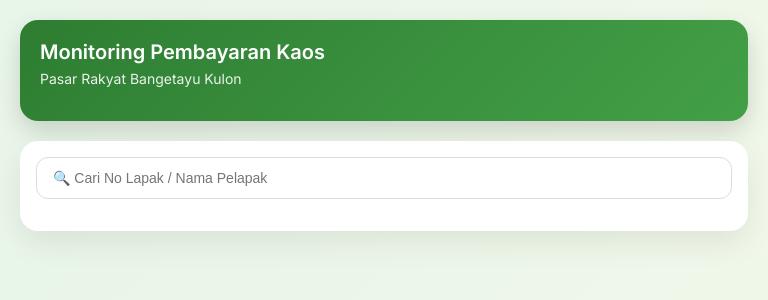
Repository: pasarrakyatbak/monitoringpembayarankaos
Page: index.html
These files come from the project's save history. The page is drawn as it stood at one moment and after a run of saves; the edit follows.
The browser window is 768 px wide. The pictures show the whole page.
The page's requests for data from a server got no answer.

Above is the page before, as saved 2026-01-04 13:48:38.

After the next 2 saves:
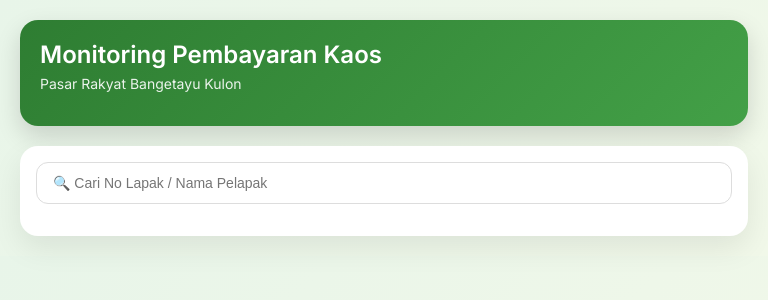
The 2 saves are shown as one change because they came seconds apart.
The last was saved 85 s later.
--- a/style.css
+++ b/style.css
@@ -171,15 +171,69 @@ tbody tr:hover {
 
 /* RESPONSIVE */
 @media (max-width: 768px) {
+
   .desktop-view {
     display: none;
   }
 
   .mobile-view {
     display: grid;
-  }
-
-  .header h1 {
-    font-size: 20px;
-  }
-}
+    grid-template-columns: 1fr;
+    gap: 16px;
+  }
+
+  .pelapak-card {
+    background: #ffffff;
+    border-radius: 16px;
+    padding: 14px;
+    box-shadow: 0 8px 20px rgba(0, 0, 0, 0.08);
+    border-left: 6px solid #2e7d32;
+  }
+
+  .pelapak-header {
+    display: flex;
+    justify-content: space-between;
+    align-items: flex-start;
+    margin-bottom: 10px;
+  }
+
+  .lapak {
+    font-size: 16px;
+    font-weight: 600;
+    color: #1b5e20;
+  }
+
+  .nama {
+    font-size: 14px;
+    color: #555;
+  }
+
+  .pelapak-body {
+    display: grid;
+    grid-template-columns: repeat(2, 1fr);
+    gap: 8px;
+    font-size: 13px;
+  }
+
+  .item {
+    background: #f1f8e9;
+    padding: 8px;
+    border-radius: 10px;
+    text-align: center;
+  }
+
+  .item.full {
+    grid-column: span 2;
+  }
+
+  .item span {
+    display: block;
+    font-size: 11px;
+    color: #666;
+  }
+
+  .item strong {
+    font-weight: 600;
+    color: #2e7d32;
+  }
+}
